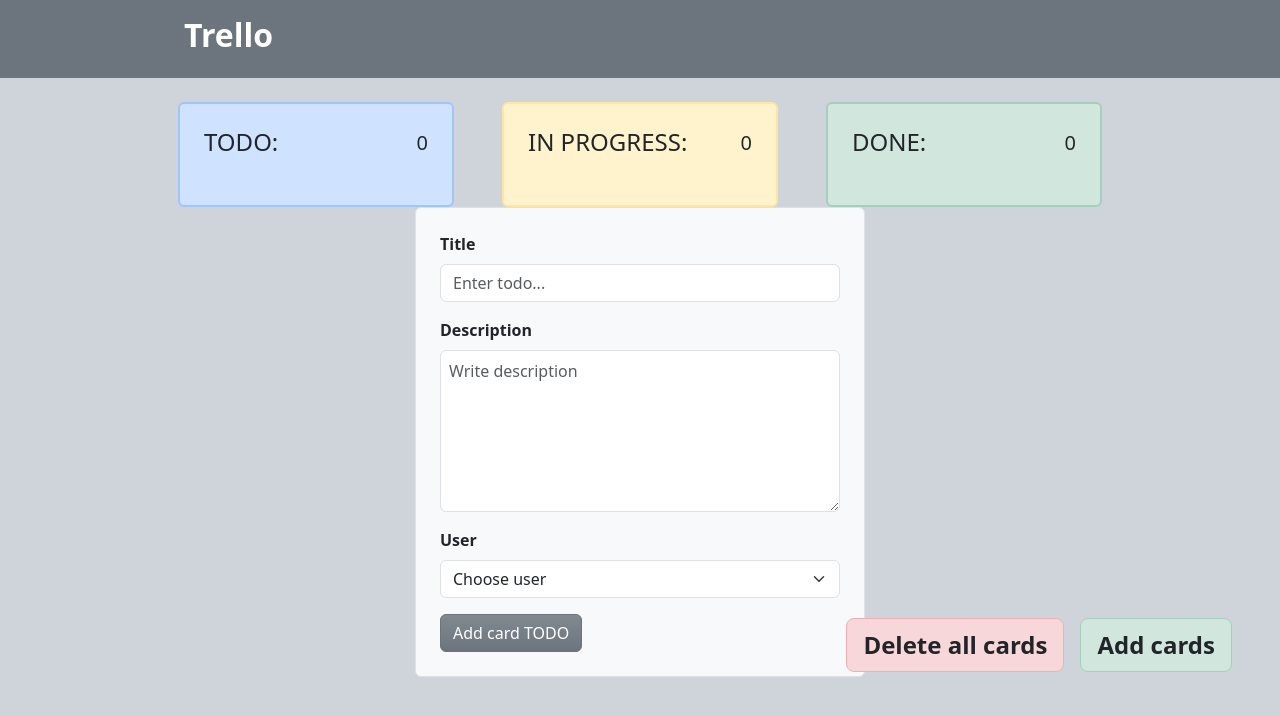
Repository: Valeria154/trello-app-clone
Page: / (app in trello-app-project/)
An editor plug-in stored every save of this project. The page is shown before and after the next save, followed by the edit.
The browser window is 1280 px wide. The pictures show the whole page.
The project was rebuilt for these pictures with package versions that can differ from the ones it lists, and the page was loaded fresh each time. Also part of the build but not shown: trello-app-project/vite.config.js.

Above is the page before, as saved 2025-03-15 19:56:12.
Console error: ReferenceError: showClock is not defined

### trello-app-project/src/index.html
<!doctype html>
<html lang="en">

<head>
	<meta charset="UTF-8" />
	<meta name="viewport" content="width=device-width, initial-scale=1.0" />
	<title>Trello</title>
	<script type="module" src="./main.js"></script>
</head>

<body class="bg-dark-subtle">
	<header class="bg-secondary p-3">
		<div class="container d-flex justify-content-between align-items-center mx-autox w-75">
			<h1 class="fs-2 fw-bold text-white">Trello</h1>
			<div class="fs-5 fw-semibold text-white" id="clock"></div>
		</div>
	</header>
	<main class="p-4">
		<div class="container text-center w-75">
			<div class="row align-items-start mb-6 gap-5">
				<!-- TODO -->
				<div class="col border border-primary-subtle border-2 rounded-2 text-dark p-4 bg-primary-subtle">
					<div class="d-flex justify-content-between mb-3">
						<h4>TODO:</h4>
						<div id="todoCount" class="fs-5">0</div>
					</div>
					<div id="todo"></div>
				</div>
				<!-- In progress -->
				<div class="col border border-warning-subtle border-2 rounded-2 text-dark p-4 bg-warning-subtle">
					<div class="d-flex justify-content-between mb-3">
						<h4>IN PROGRESS:</h4>
						<div id="progressCount " class="fs-5">0</div>
					</div>
					<div id="progress"></div>
				</div>
				<!-- Done -->
				<div class="col border border-success-subtle border-2 rounded-2 text-dark p-4 bg-success-subtle">
					<div class="d-flex justify-content-between mb-3">
						<h4>DONE:</h4>
						<div id="doneCount" class="fs-5">0</div>
					</div>
					<div id="done"></div>
				</div>
			</div>
			<div class="d-grid gap-2 d-md-flex justify-content-md-end position-fixed bottom-0 end-0 p-5">
				<button class="btn btn-lg bg-danger-subtle border-danger-subtle me-md-2 fs-4 fw-semibold" type="button"
					id="deleteAllBtn">Delete all
					cards</button>
				<button id="addCardBtn" class="btn btn-lg bg-success-subtle border-success-subtle fs-4 fw-semibold"
					type="button">Add
					cards</button>
			</div>
			<!-- Modal TODO -->
			<div class="d-flex justify-content-center align-items-center">
				<form class="p-4 border rounded bg-light text-start fw-semibold w-50">
					<div class="mb-3">
						<label for="titile" class="form-label">Title</label>
						<input type="text" class="form-control" id="title" placeholder="Enter todo...">
					</div>
					<div class="mb-3">
						<label for="description" class="form-label">Description</label>
						<textarea class="form-control p-2" id="description" rows="6"
							placeholder="Write description"></textarea>
					</div>
					<div class="mb-3">
						<label for="user" class="form-label">User </label>
						<select id="user" class="form-select">
							<option selected value="">Choose user</option>
							<option value="Amelia">Amelia</option>
							<option value="Mary">Mary</option>
							<option value="Thomas">Thomas</option>
							<option value="Harry">Harry</option>
							<option value="Susan">Susan</option>
						</select>
					</div>
					<button type="submit" class="btn btn-primary bg-secondary bg-gradient border-secondary">Add card
						TODO</button>
				</form>
			</div>
		</div>
	</main>

</body>

</html>

### trello-app-project/src/main.js
import './style.scss'
// import javascriptLogo from './javascript.svg'
// import viteLogo from '/vite.svg'

const clockElement = document.querySelector('#clock')
const addCardElement = document.querySelector('#addCardBtn')
const formElement =

	//функция, которая отражает часы
	function showClock() {
		clockElement.textContent = new Date().toLocaleTimeString()
	}
setInterval(showClock, 1000)
showClock()

addCardElement.addEventListener('click', handleClickButtonAddCard)

function handleClickButtonAddCard() {
	Toggle
}
// function handleClickButtonAddTodo() {
// 	toggleModal(formModalElement)
// 	formElement.innerHTML = buildFormModal()
// }

Loaded but not shown: trello-app-project/src/style.scss (common file)

After the next save:
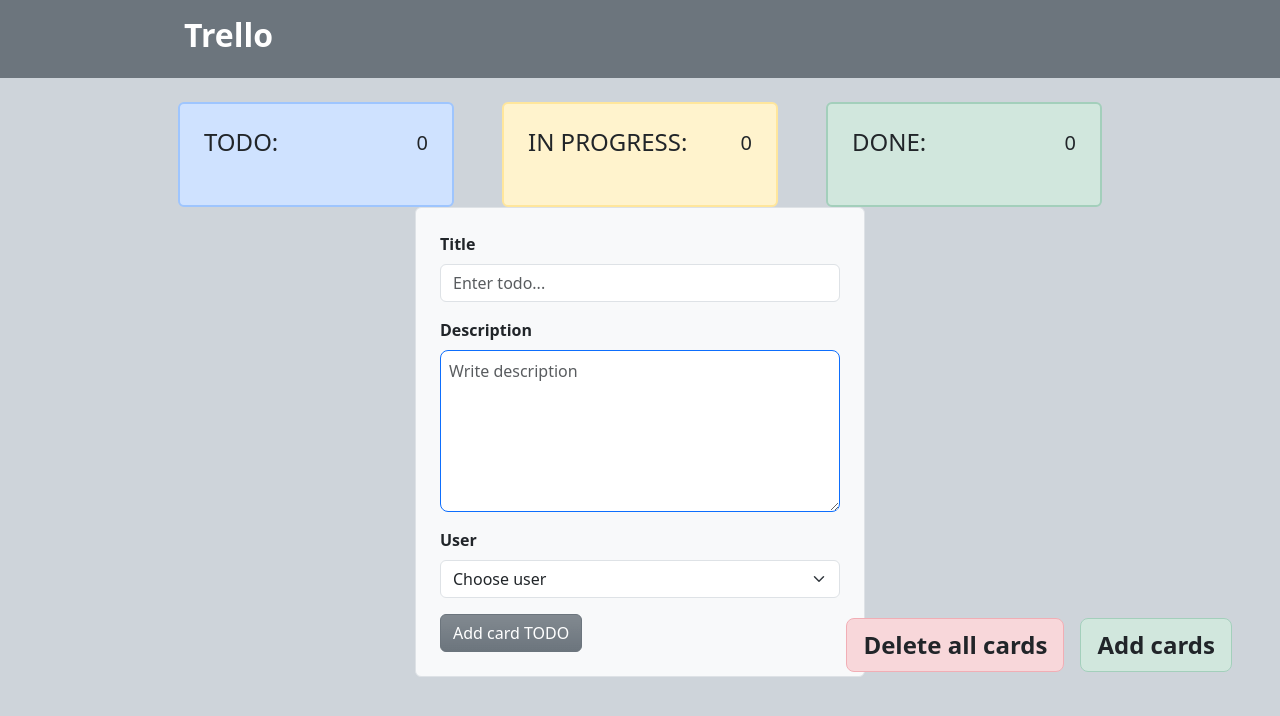
Saved 36 s later.
--- a/trello-app-project/src/index.html
+++ b/trello-app-project/src/index.html
@@ -60,7 +60,7 @@
 					</div>
 					<div class="mb-3">
 						<label for="description" class="form-label">Description</label>
-						<textarea class="form-control p-2" id="description" rows="6"
+						<textarea class="form-control p-2 rounded-3 border border-primary" id="description" rows="6"
 							placeholder="Write description"></textarea>
 					</div>
 					<div class="mb-3">

After the save that followed:
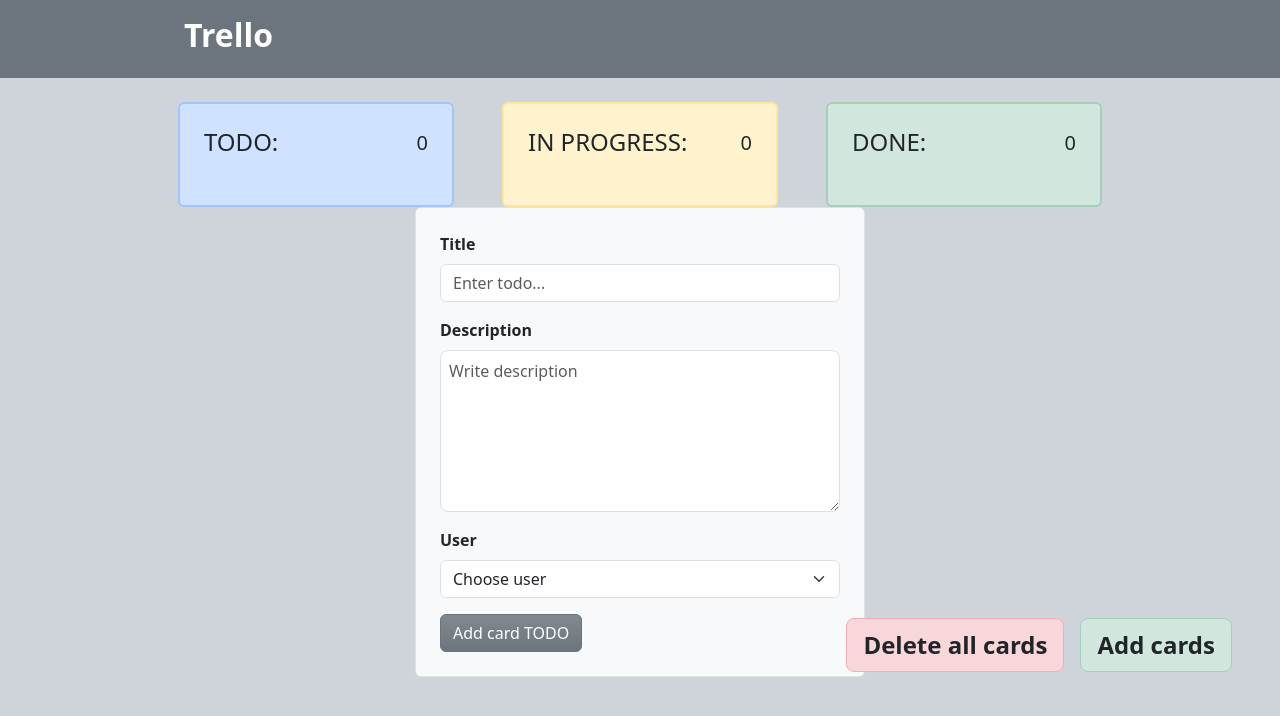
Saved 16 s later.
--- a/trello-app-project/src/index.html
+++ b/trello-app-project/src/index.html
@@ -60,7 +60,7 @@
 					</div>
 					<div class="mb-3">
 						<label for="description" class="form-label">Description</label>
-						<textarea class="form-control p-2 rounded-3 border border-primary" id="description" rows="6"
+						<textarea class="form-control p-2 rounded-3" id="description" rows="6"
 							placeholder="Write description"></textarea>
 					</div>
 					<div class="mb-3">
